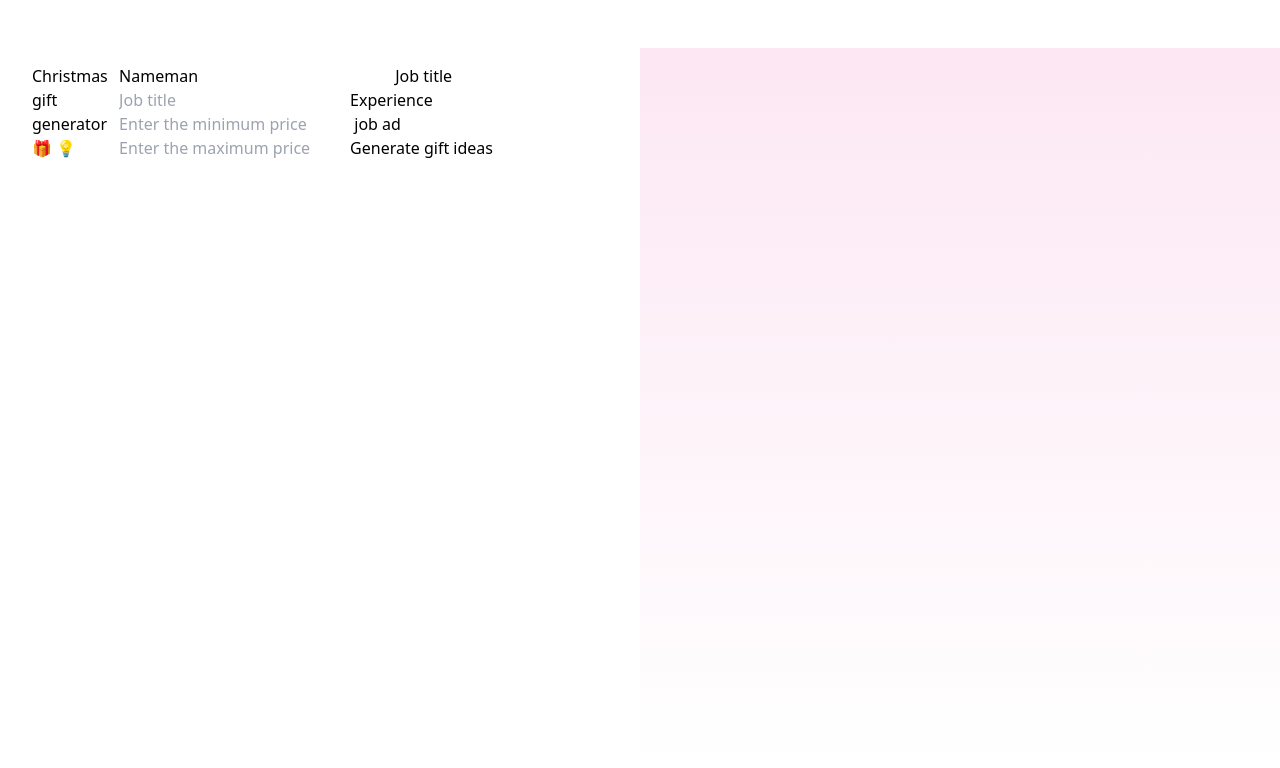
Repository: hamza-mastar/chatgpt-jpbad
Page: /
These files come from the project's save history. The page is drawn as it stood at one moment and after the next save; the edit follows.
The browser window is 1280 px wide. The pictures show the whole page.
The project was rebuilt for these pictures with package versions that can differ from the ones it lists, and the page was loaded fresh each time. The framework's server and built-in components were replaced by stand-ins that run in the browser.

Above is the page before, as saved 2023-01-30 04:29:01.

After the next save:
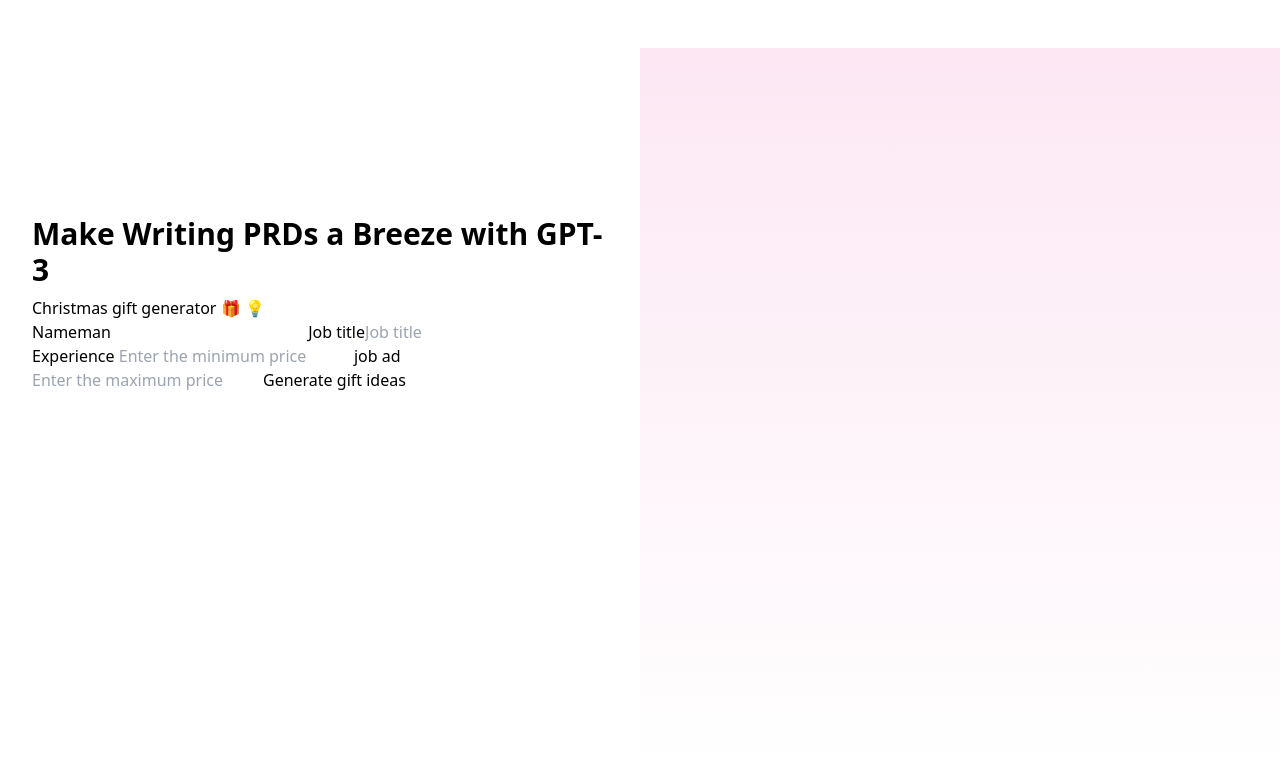
Saved 3 min 28 s later.
--- a/pages/index.js
+++ b/pages/index.js
@@ -58,6 +58,14 @@
     <div class="h-full px-5 sm:px-6">
       <div class="h-full w-full max-w-xl mx-auto flex flex-col after:mt-auto after:flex-1">
         <header class="sm:flex-1 flex mb-auto sm:py-10 pt-6 items-center sm:justify-between flex-col sm:flex-row" >
+          <div class="flex items-center justify-between h-24 md:h-20"> </div>
+
+            {/* logo icone login  */}
+            </header>
+            <div class="flex-1 py-8">
+           <div  class="mb-4" >
+           <h1 class="text-3xl font-bold font-inter mb-2"> Make Writing PRDs a Breeze with GPT-3 </h1>
+
 
 
 
@@ -106,7 +114,8 @@
           <input type="submit" value="Generate gift ideas" />
 
         </form>
-        </header>
+        </div>
+       </div>
         </div>
         </div>
           </div>
